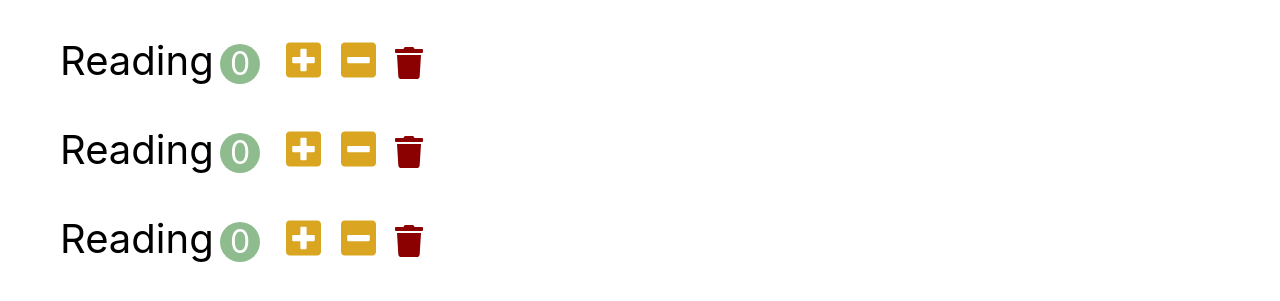
Repository: BokyungJeon/react-habit-tracker
Page: /
These files come from the project's save history. The page is drawn as it stood at one moment and after the next save; the edit follows.
The browser window is 1280 px wide. The pictures show the whole page.
The project was rebuilt for these pictures with package versions that can differ from the ones it lists, and the page was loaded fresh each time.

Above is the page before, as saved 2021-09-30 12:26:53.

After the next save:
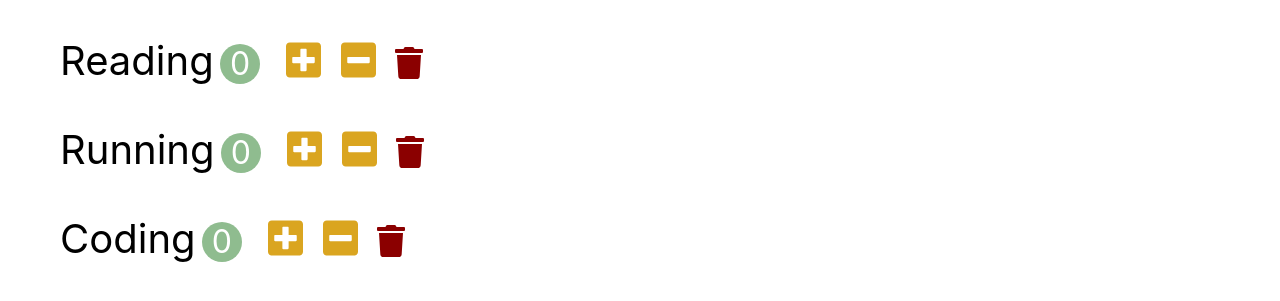
Saved 11 s later.
--- a/src/components/habit.jsx
+++ b/src/components/habit.jsx
@@ -21,7 +21,7 @@ class Habit extends Component {
   render() {
     return (
       <li className="habit">
-        <span className="habit-name">Reading</span>
+        <span className="habit-name">{this.props.habit.name}</span>
         <span className="habit-count">{this.state.count}</span>
         <button
           className="habit-button habit-increase"
